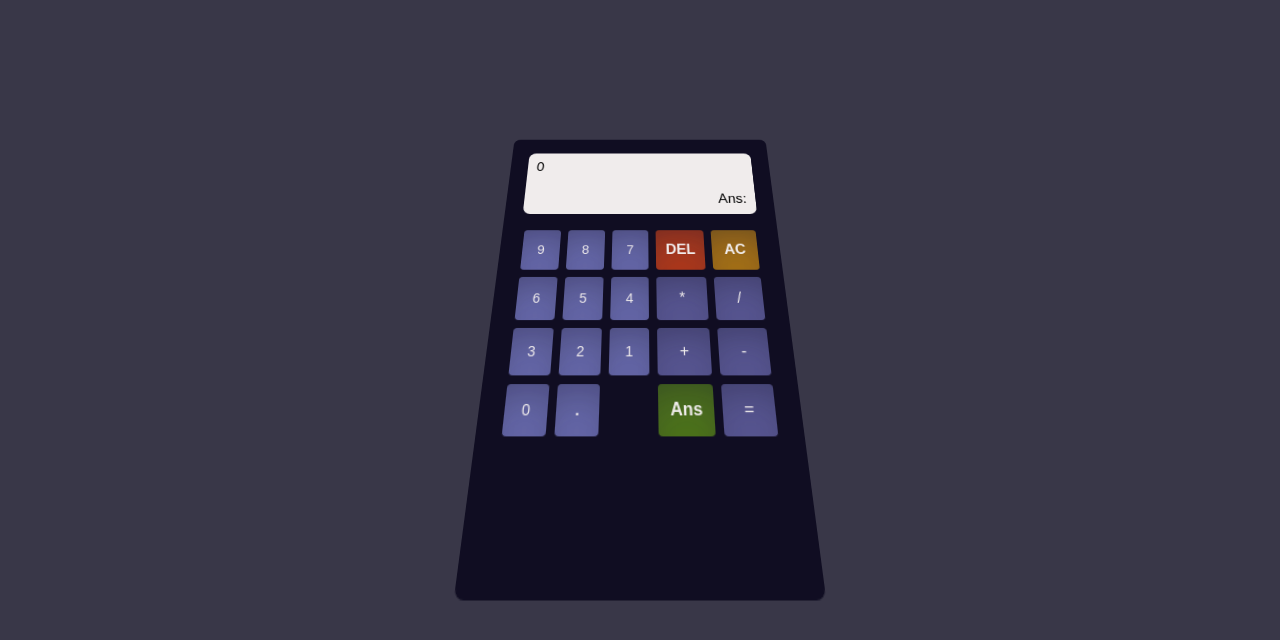
Repository: Bishek666/simple-calculator
Page: /
The author's editor kept a copy of each file at every save. The page is drawn from the files as they stood at one save, then again after the next save.
The browser window is 1280 px wide. The pictures show the whole page.
The project was rebuilt for these pictures with package versions that can differ from the ones it lists, and the page was loaded fresh each time.

Above is the page before, as saved 2021-10-27 08:44:54.

### src/index.css
:root {
    --primary: #050218c9;
    --secondary: #8386d6c9;
    --dark: #0908088a;
    --light: rgb(240, 236, 236);
}

* {
    margin: 0;
    padding: 0;
    box-sizing: border-box;
    font-family: sans-serif;
}

body {
    background-color: #050218c9;
}

button {
    display: inline-block;
    padding: 1rem;
    margin: 4px;
    background-color: var(--secondary);
    outline: none;
    border: transparent;
    border-radius: 4px;
    cursor: pointer;
    line-height: 1;
    font-size: 14px;
    font-weight: 500;
    color: var(--light);
    box-shadow: rgba(50, 50, 93, 0.25) 0px 30px 60px -12px inset, rgba(0, 0, 0, 0.3) 0px 18px 36px -18px inset;
}

.visual {
    perspective: 200px;
}

.container-calculator {
    position: relative;
    display: flex;
    flex-direction: column;
    align-items: start;
    justify-content: start;
    background-color: var(--primary);
    height: 450px;
    width: 300px;
    margin: 100px auto;
    padding: 20px;
    border-radius: 8px;
    transform-style: preserve-3d;
    transform: rotateX(10deg);
}

.display-calculation {
    display: flex;
    flex-direction: column;
    justify-content: space-between;
    /* align-items: center; */
    padding: 10px;
    width: 100%;
    height: 80px;
    background-color: var(--light);
    border-radius: 8px;
    margin-bottom: 1rem;
}
.answer-area {
    align-self: flex-end;
    /* width: 50%;
    border-right: 2px solid black;
    padding-right: 8px;
    margin-right: 8px; */
}
.calculation-area {
    width: 50%;
}

.button-input {
    display: flex;
    justify-content: space-between;
    width: 100%;
}

.digits {
    display: grid;
    grid-template-columns: repeat(3, 1fr);
}
.digits button {
    box-shadow: rgba(50, 50, 93, 0.25) 0px 30px 60px -12px inset, rgba(0, 0, 0, 0.3) 0px 18px 36px -18px inset;
}

.operators {
    display: grid;
    grid-template-columns: repeat(2, 1fr);
}

.operators button {
    position: relative;
    background-color: rgb(91, 89, 150);
}

.operators button {
    padding: 10px;
    font-size: 16px;
}

/* font weight */
.font-weight--600 {
    font-weight: 600;
}
/* background */
.bg-red {
    background-color: #e44413c9 !important;
}
.bg-orange {
    background-color: #d08b0bd2 !important;
}
.bg-green {
    background-color: #5b8f11d2 !important;
}

### src/App.js
import { Fragment, useState } from 'react';

function App() {
    const [calc, setCalc] = useState('');
    const [result, setResult] = useState('');

    const ops = ['+', '-', '/', '*', '.'];

    const updateCalc = (value) => {
        if ((ops.slice(2).includes(value) && calc === '') || (ops.includes(value) && ops.includes(calc.slice(-1)))) {
            return;
        }
        setCalc(calc + value);

        if (!ops.includes(value)) {
            setResult(eval(calc + value).toString());
        }
    };

    const calculate = () => {
        if (calc) {
            setCalc(eval(calc).toString());
        }

        if (!result && !calc === '') {
            return;
        }
    };

    const takeAnswerValue = () => {
        if (result && !calc) {
            setCalc(result);
        }
    };

    const deleteLastValue = () => {
        if (calc === '') {
            return;
        }

        setCalc(calc.slice(0, -1));
    };

    const resetAll = () => {
        if (calc === '') {
            return;
        }

        setCalc('');
    };

    const addDigits = () => {
        const digits = [];

        for (let i = 1; i < 10; i++) {
            digits.unshift(
                <button onClick={() => updateCalc(i.toString())} key={i}>
                    {i}
                </button>
            );
        }

        return digits;
    };
    return (
        <div className='visual'>
            <div className='container-calculator'>
                <div className='display-calculation'>
                    <div className='calculation-area'>{calc || '0'}</div>
                    <div className='answer-area'>Ans:{result ? <span>({result})</span> : ''}</div>
                </div>
                <div className='button-input'>
                    <div className='digits'>
                        {addDigits()}
                        <button onClick={() => updateCalc('0')}>0</button>
                        <button onClick={() => updateCalc('.')} className='font-weight--600'>
                            .
                        </button>
                    </div>
                    <div className='operators'>
                        <button onClick={() => deleteLastValue()} className='bg-red font-weight--600'>
                            DEL
                        </button>
                        <button onClick={() => resetAll()} className='bg-orange font-weight--600'>
                            AC
                        </button>
                        <button onClick={() => updateCalc('*')}>*</button>
                        <button onClick={() => updateCalc('/')}>/</button>
                        <button onClick={() => updateCalc('+')}>+</button>
                        <button onClick={() => updateCalc('-')}>-</button>
                        <button onClick={takeAnswerValue} className='bg-green font-weight--600'>
                            Ans
                        </button>
                        <button onClick={calculate}>=</button>
                    </div>
                </div>
            </div>
        </div>
    );
}

export default App;

Loaded but not shown: public/index.html (common file); src/index.js (common file)

After the next save:
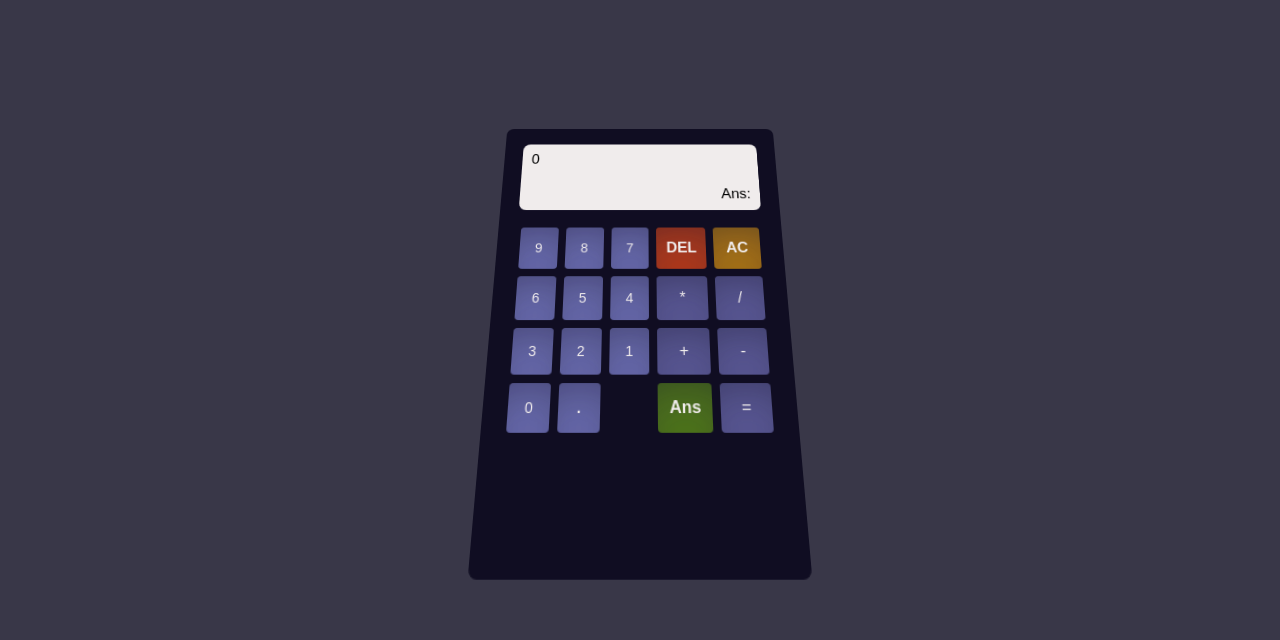
Saved 5 s later.
--- a/src/index.css
+++ b/src/index.css
@@ -33,7 +33,7 @@
 }
 
 .visual {
-    perspective: 200px;
+    perspective: 300px;
 }
 
 .container-calculator {

After the save that followed:
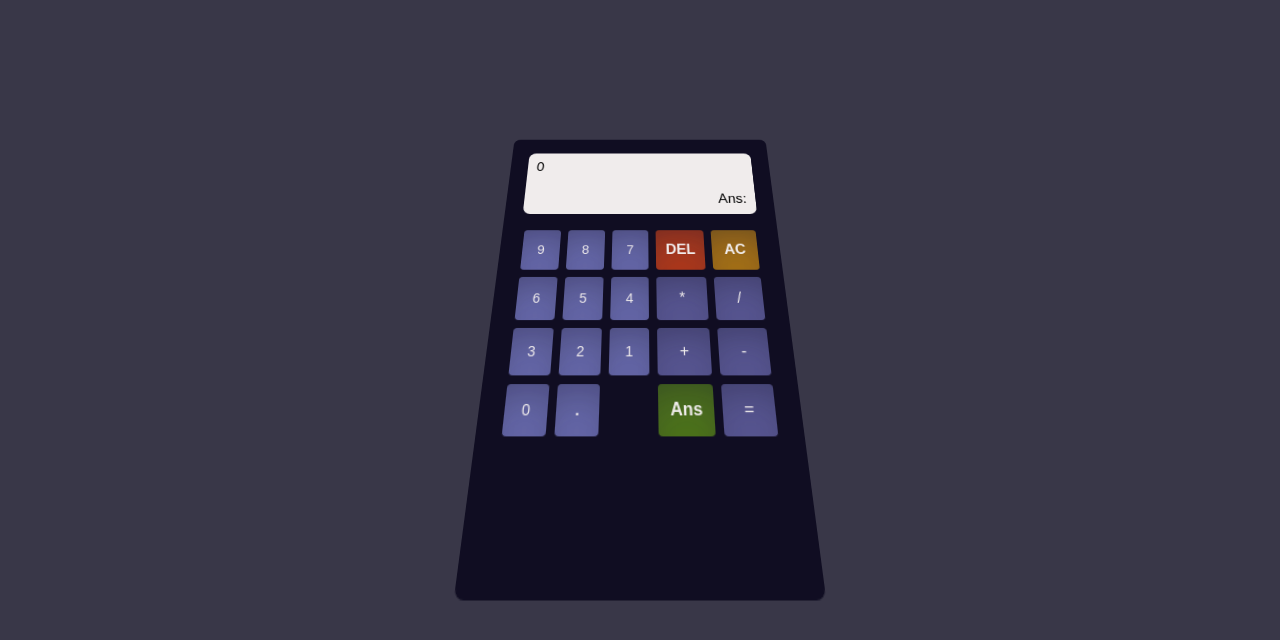
Saved 5 s later.
--- a/src/index.css
+++ b/src/index.css
@@ -33,7 +33,7 @@
 }
 
 .visual {
-    perspective: 300px;
+    perspective: 200px;
 }
 
 .container-calculator {
